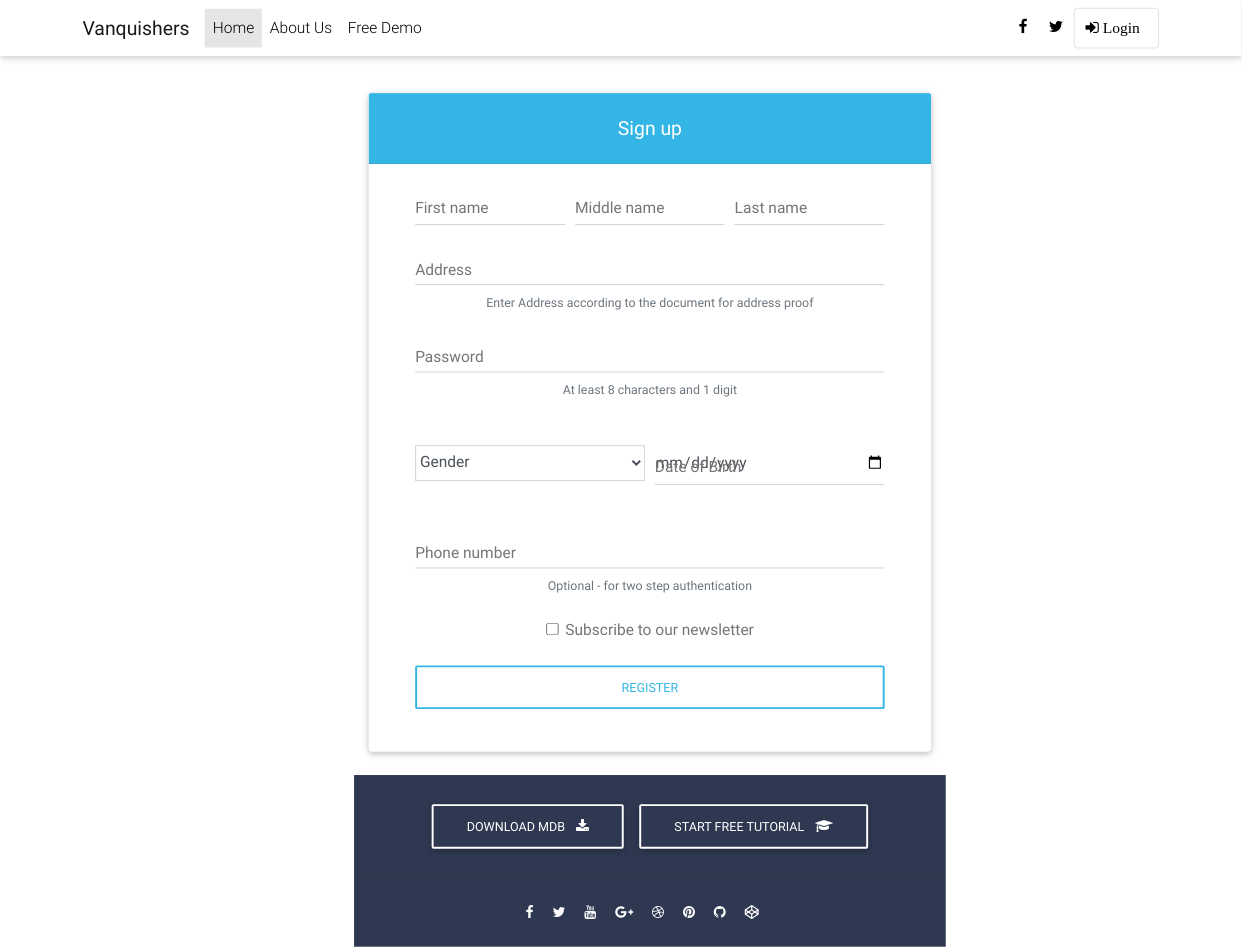
Repository: KJSCEhack/KJSCE_Vanquishers
Page: http://localhost/demo.php
An editor plug-in stored every save of this project. The page is shown before and after the next save, followed by the edit.
The browser window is 1280 px wide. The pictures show the whole page, at 97% of full size.
The page is run by PHP 8.4 with error messages shown; the project is at /var/www/html/.

Above is the page before, as saved 2018-10-06 09:56:32.
Console error: TypeError: $(...).material_select is not a function

### demo.php
<?php
$hostname="localhost";
$dbname="kjsce_hackathon";
$Username="root";
$Password="qweasdzxc";

$conn = mysqli_connect($hostname,$Username,$Password,$dbname);

if(!$conn)
{
    die("connection failed:" .mysqli_connect_error());

}
mysqli_close($conn);

?>
<!DOCTYPE html>
<html lang="en">

<head>
    <meta charset="utf-8">
    <meta name="viewport" content="width=device-width, initial-scale=1, shrink-to-fit=no">
    <meta http-equiv="x-ua-compatible" content="ie=edge">
    <title>Material Design Bootstrap</title>
    <!-- Font Awesome -->
    <link rel="stylesheet" href="https://maxcdn.bootstrapcdn.com/font-awesome/4.7.0/css/font-awesome.min.css">
    <!-- Bootstrap core CSS -->
    <link href="css/bootstrap.min.css" rel="stylesheet">
    <!-- Material Design Bootstrap -->
    <link href="css/mdb.min.css" rel="stylesheet">
    <!-- Your custom styles (optional) -->
    <link href="css/style.min.css" rel="stylesheet">
</head>

<body>

    <!--Main Navigation-->
    <header>

        <!-- Navbar -->
        <nav class="navbar fixed-top navbar-expand-lg navbar-light white scrolling-navbar">
            <div class="container">

                <!-- Brand -->
      <a class="navbar-brand" href="https://mdbootstrap.com/material-design-for-bootstrap/" target="_blank">
        <strong>Vanquishers</strong>
      </a>

      <!-- Collapse -->
      <button class="navbar-toggler" type="button" data-toggle="collapse" data-target="#navbarSupportedContent" aria-controls="navbarSupportedContent"
        aria-expanded="false" aria-label="Toggle navigation">
        <span class="navbar-toggler-icon"></span>
      </button>

      <!-- Links -->
      <div class="collapse navbar-collapse" id="navbarSupportedContent">

        <!-- Left -->
        <ul class="navbar-nav mr-auto">
          <li class="nav-item active">
            <a class="nav-link" href="#">Home
              <span class="sr-only">(current)</span>
            </a>
          </li>
          <li class="nav-item">
            <a class="nav-link" href="https://mdbootstrap.com/material-design-for-bootstrap/" target="_blank">About Us</a>
          </li>
          <li class="nav-item">
            <a class="nav-link" href="https://mdbootstrap.com/getting-started/" target="_blank">Free Demo</a>
          </li>
        </ul>

        <!-- Right -->
        <ul class="navbar-nav nav-flex-icons">
          <li class="nav-item">
            <a href="https://www.facebook.com/mdbootstrap" class="nav-link" target="_blank">
              <i class="fa fa-facebook"></i>
            </a>
          </li>
          <li class="nav-item">
            <a href="https://twitter.com/MDBootstrap" class="nav-link" target="_blank">
              <i class="fa fa-twitter"></i>
            </a>
          </li>
          <li class="nav-item">
            <a href="login_page.html" class="nav-link border border-light rounded"
              target="_blank">
              <i class="fa fa-sign-in mr-2">           Login</i>
            </a>
          </li>
        </ul>

      </div>

            </div>
        </nav>
        <!-- Navbar -->

    </header>
    <!--Main Navigation-->

    <!--Main layout-->

    <div class="col-md-6" style="float:left; margin-left:350px;">
    <main class="mt-5 pt-5">
        <div class="container">
            <!-- Material form register -->
            <div class="card">

            <h5 class="card-header info-color white-text text-center py-4">
                <strong>Sign up</strong>
            </h5>

            <!--Card content-->
            <div class="card-body px-lg-5 pt-0">

                <!-- Form -->
                <form class="text-center" style="color: #757575;">

                    <div class="form-row">
                        <div class="col">
                            <!-- First name -->
                            <div class="md-form">
                                <input type="text" id="materialRegisterFormFirstName" class="form-control">
                                <label for="materialRegisterFormFirstName">First name</label>
                            </div>
                        </div>
                        <div class="col">
                            <!-- Last name -->
                            <div class="md-form">
                                <input type="text" id="materialRegisterFormMiddleName" class="form-control">
                                <label for="materialRegisterFormMiddleName">Middle name</label>
                            </div>
                        </div>
                        <div class="col">
                            <!-- Last name -->
                            <div class="md-form">
                                <input type="text" id="materialRegisterFormLastName" class="form-control">
                                <label for="materialRegisterFormLastName">Last name</label>
                            </div>
                        </div>
                    </div>

                    <!-- Address -->
                    <div class="md-form mt-0">
                        <input type="text" id="materialRegisterFormAddress" class="form-control">
                        <label for="materialRegisterFormAddress">Address</label>
                        <small id="materialRegisterFormPasswordHelpBlock" class="form-text text-muted mb-4">
                            Enter Address according to the document for address proof
                        </small>
                    </div>

                    <!-- Password -->
                    <div class="md-form">
                        <input type="password" id="materialRegisterFormPassword" class="form-control" aria-describedby="materialRegisterFormPasswordHelpBlock">
                        <label for="materialRegisterFormPassword">Password</label>
                        <small id="materialRegisterFormPasswordHelpBlock" class="form-text text-muted mb-4">
                            At least 8 characters and 1 digit
                        </small>
                    </div>

                    <div class="form-row">
                        <div class="col">
                            <div class="md-form">
                                <select id="materialRegisterFormGender" class="form-control mdb-select md-form colorful-select dropdown-primary">
                                    <option value="" disabled selected>Gender</option>
                                    <option value="M">Male</option>
                                    <option value="F">Female</option>
                                    <option value="O">Other</option>
                                </select>
                            </div>
                        </div>
                        <div class="col">
                            <div class="md-form">
                                <input type="date" class="form-control" id="materialRegisterFormDOB">
                                <label for="materialRegisterFormDOB">Date of Birth</label>
                            </div>
                        </div>
                    </div>

                    <!-- Phone number -->
                    <div class="md-form">
                        <input type="password" id="materialRegisterFormPhone" class="form-control" aria-describedby="materialRegisterFormPhoneHelpBlock">
                        <label for="materialRegisterFormPhone">Phone number</label>
                        <small id="materialRegisterFormPhoneHelpBlock" class="form-text text-muted mb-4">
                            Optional - for two step authentication
                        </small>
                    </div>

                    <!-- Newsletter -->
                    <div class="form-check">
                        <input type="checkbox" class="form-check-input" id="materialRegisterFormNewsletter">
                        <label class="form-check-label" for="materialRegisterFormNewsletter">Subscribe to our newsletter</label>
                    </div>

                    <!-- Sign up button -->
                    <button class="btn btn-outline-info btn-rounded btn-block my-4 waves-effect z-depth-0" type="submit">Register</button>

                </form>
                <!-- Form -->

            </div>

            </div>
            <!-- Material form register -->
        </div>
    </main>
    <!--Footer-->
    <footer class="page-footer text-center font-small mdb-color darken-2 mt-4 wow fadeIn">

        <!--Call to action-->
        <div class="pt-4">
            <a class="btn btn-outline-white" href="https://mdbootstrap.com/getting-started/" target="_blank" role="button">Download MDB
                <i class="fa fa-download ml-2"></i>
            </a>
            <a class="btn btn-outline-white" href="https://mdbootstrap.com/bootstrap-tutorial/" target="_blank" role="button">Start free tutorial
                <i class="fa fa-graduation-cap ml-2"></i>
            </a>
        </div>
        <!--/.Call to action-->

        <hr class="my-4">

        <!-- Social icons -->
        <div class="pb-4">
            <a href="https://www.facebook.com/mdbootstrap" target="_blank">
                <i class="fa fa-facebook mr-3"></i>
            </a>

            <a href="https://twitter.com/MDBootstrap" target="_blank">
                <i class="fa fa-twitter mr-3"></i>
            </a>

            <a href="https://www.youtube.com/watch?v=7MUISDJ5ZZ4" target="_blank">
                <i class="fa fa-youtube mr-3"></i>
            </a>

            <a href="https://plus.google.com/u/0/b/107863090883699620484" target="_blank">
                <i class="fa fa-google-plus mr-3"></i>
            </a>

            <a href="https://dribbble.com/mdbootstrap" target="_blank">
                <i class="fa fa-dribbble mr-3"></i>
            </a>

            <a href="https://pinterest.com/mdbootstrap" target="_blank">
                <i class="fa fa-pinterest mr-3"></i>
            </a>

            <a href="https://github.com/mdbootstrap/bootstrap-material-design" target="_blank">
                <i class="fa fa-github mr-3"></i>
            </a>

            <a href="http://codepen.io/mdbootstrap/" target="_blank">
                <i class="fa fa-codepen mr-3"></i>
            </a>
        </div>
        <!-- Social icons -->
</div>

        <!--Copyright-->
        <div class="footer-copyright py-3">
            © 2018 Copyright:
            <a href="https://mdbootstrap.com/bootstrap-tutorial/" target="_blank"> MDBootstrap.com </a>
        </div>
        <!--/.Copyright-->

    </footer>
    <!--/.Footer-->

    <!-- SCRIPTS -->
    <!-- JQuery -->
    <script type="text/javascript" src="js/jquery-3.3.1.min.js"></script>
    <!-- Bootstrap tooltips -->
    <script type="text/javascript" src="js/popper.min.js"></script>
    <!-- Bootstrap core JavaScript -->
    <script type="text/javascript" src="js/bootstrap.min.js"></script>
    <!-- MDB core JavaScript -->
    <script type="text/javascript" src="js/mdb.min.js"></script>
    <!-- Initializations -->
    <script type="text/javascript">
        // Animations initialization
        new WOW().init();
        // Material Select Initialization
        $(document).ready(function() {
            $('.mdb-select').material_select();
        });
    </script>
</body>

</html>

Loaded but not shown: css/bootstrap.min.css (library); css/mdb.min.css (library); css/style.min.css (common file); js/jquery-3.3.1.min.js (library); js/popper.min.js (library); js/bootstrap.min.js (library); js/mdb.min.js (library)

After the next save:
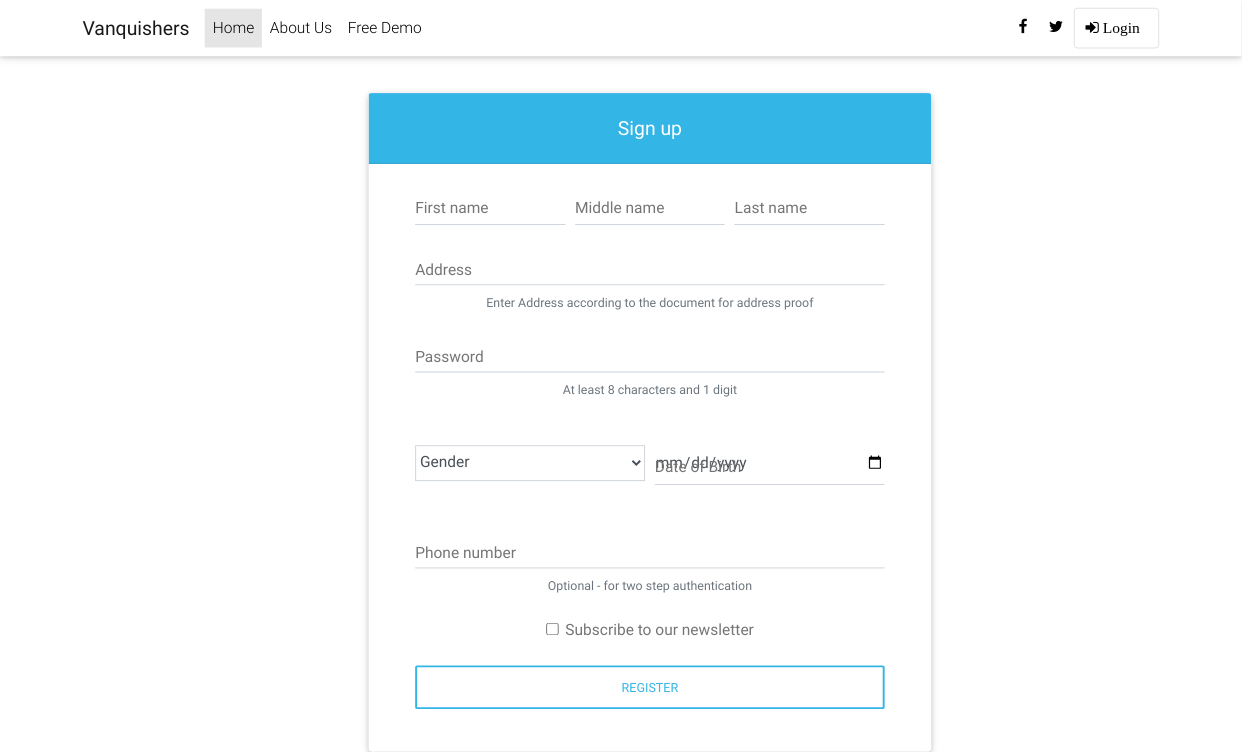
Saved 22 s later.
--- a/demo.php
+++ b/demo.php
@@ -205,68 +205,6 @@
             <!-- Material form register -->
         </div>
     </main>
-    <!--Footer-->
-    <footer class="page-footer text-center font-small mdb-color darken-2 mt-4 wow fadeIn">
-
-        <!--Call to action-->
-        <div class="pt-4">
-            <a class="btn btn-outline-white" href="https://mdbootstrap.com/getting-started/" target="_blank" role="button">Download MDB
-                <i class="fa fa-download ml-2"></i>
-            </a>
-            <a class="btn btn-outline-white" href="https://mdbootstrap.com/bootstrap-tutorial/" target="_blank" role="button">Start free tutorial
-                <i class="fa fa-graduation-cap ml-2"></i>
-            </a>
-        </div>
-        <!--/.Call to action-->
-
-        <hr class="my-4">
-
-        <!-- Social icons -->
-        <div class="pb-4">
-            <a href="https://www.facebook.com/mdbootstrap" target="_blank">
-                <i class="fa fa-facebook mr-3"></i>
-            </a>
-
-            <a href="https://twitter.com/MDBootstrap" target="_blank">
-                <i class="fa fa-twitter mr-3"></i>
-            </a>
-
-            <a href="https://www.youtube.com/watch?v=7MUISDJ5ZZ4" target="_blank">
-                <i class="fa fa-youtube mr-3"></i>
-            </a>
-
-            <a href="https://plus.google.com/u/0/b/107863090883699620484" target="_blank">
-                <i class="fa fa-google-plus mr-3"></i>
-            </a>
-
-            <a href="https://dribbble.com/mdbootstrap" target="_blank">
-                <i class="fa fa-dribbble mr-3"></i>
-            </a>
-
-            <a href="https://pinterest.com/mdbootstrap" target="_blank">
-                <i class="fa fa-pinterest mr-3"></i>
-            </a>
-
-            <a href="https://github.com/mdbootstrap/bootstrap-material-design" target="_blank">
-                <i class="fa fa-github mr-3"></i>
-            </a>
-
-            <a href="http://codepen.io/mdbootstrap/" target="_blank">
-                <i class="fa fa-codepen mr-3"></i>
-            </a>
-        </div>
-        <!-- Social icons -->
-</div>
-
-        <!--Copyright-->
-        <div class="footer-copyright py-3">
-            © 2018 Copyright:
-            <a href="https://mdbootstrap.com/bootstrap-tutorial/" target="_blank"> MDBootstrap.com </a>
-        </div>
-        <!--/.Copyright-->
-
-    </footer>
-    <!--/.Footer-->
 
     <!-- SCRIPTS -->
     <!-- JQuery -->

After the save that followed:
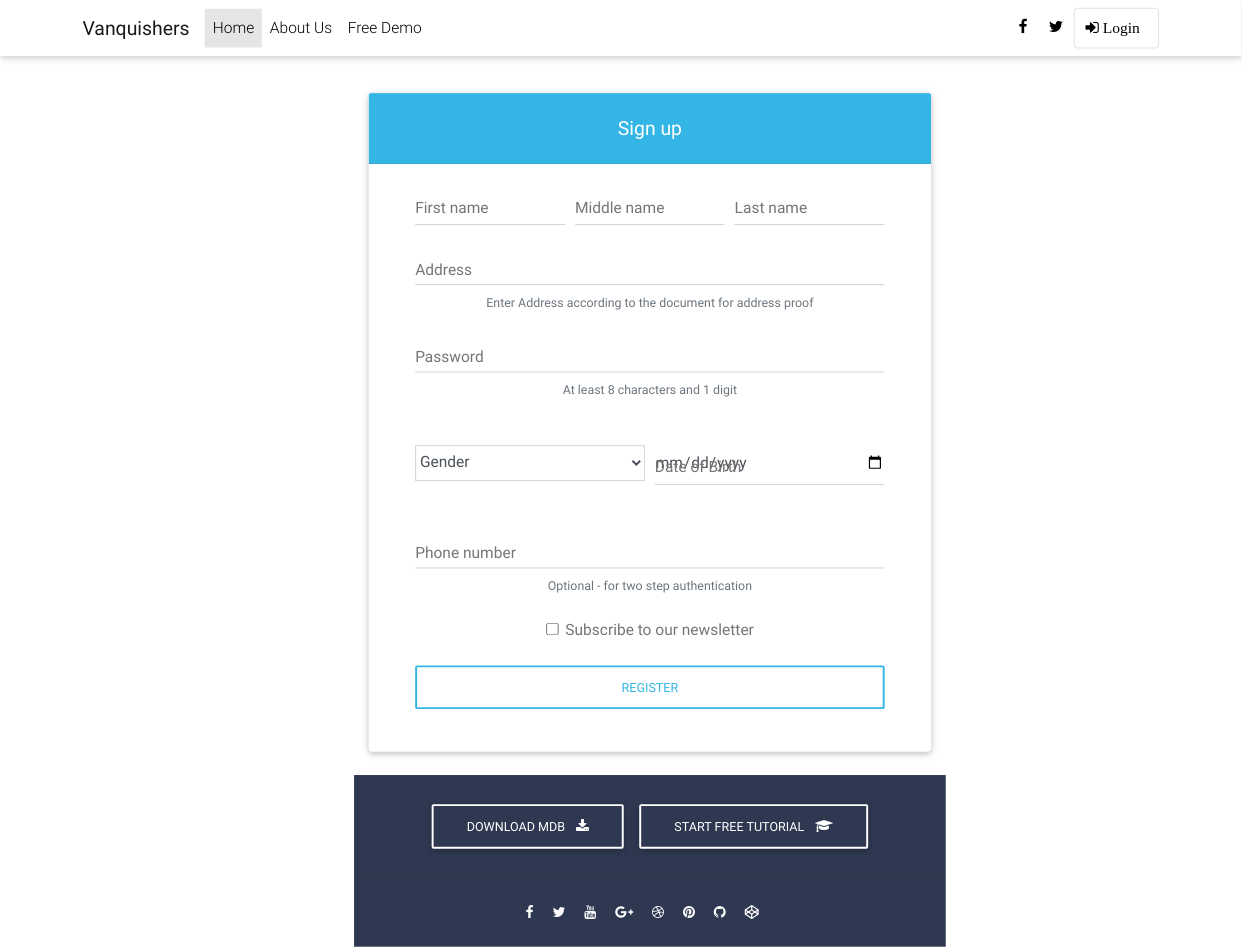
Saved 6 s later.
--- a/demo.php
+++ b/demo.php
@@ -224,6 +224,72 @@
             $('.mdb-select').material_select();
         });
     </script>
+
+
+
+    <!--Footer-->
+    <footer class="page-footer text-center font-small mdb-color darken-2 mt-4 wow fadeIn">
+
+        <!--Call to action-->
+        <div class="pt-4">
+            <a class="btn btn-outline-white" href="https://mdbootstrap.com/getting-started/" target="_blank" role="button">Download MDB
+                <i class="fa fa-download ml-2"></i>
+            </a>
+            <a class="btn btn-outline-white" href="https://mdbootstrap.com/bootstrap-tutorial/" target="_blank" role="button">Start free tutorial
+                <i class="fa fa-graduation-cap ml-2"></i>
+            </a>
+        </div>
+        <!--/.Call to action-->
+
+        <hr class="my-4">
+
+        <!-- Social icons -->
+        <div class="pb-4">
+            <a href="https://www.facebook.com/mdbootstrap" target="_blank">
+                <i class="fa fa-facebook mr-3"></i>
+            </a>
+
+            <a href="https://twitter.com/MDBootstrap" target="_blank">
+                <i class="fa fa-twitter mr-3"></i>
+            </a>
+
+            <a href="https://www.youtube.com/watch?v=7MUISDJ5ZZ4" target="_blank">
+                <i class="fa fa-youtube mr-3"></i>
+            </a>
+
+            <a href="https://plus.google.com/u/0/b/107863090883699620484" target="_blank">
+                <i class="fa fa-google-plus mr-3"></i>
+            </a>
+
+            <a href="https://dribbble.com/mdbootstrap" target="_blank">
+                <i class="fa fa-dribbble mr-3"></i>
+            </a>
+
+            <a href="https://pinterest.com/mdbootstrap" target="_blank">
+                <i class="fa fa-pinterest mr-3"></i>
+            </a>
+
+            <a href="https://github.com/mdbootstrap/bootstrap-material-design" target="_blank">
+                <i class="fa fa-github mr-3"></i>
+            </a>
+
+            <a href="http://codepen.io/mdbootstrap/" target="_blank">
+                <i class="fa fa-codepen mr-3"></i>
+            </a>
+        </div>
+        <!-- Social icons -->
+</div>
+
+        <!--Copyright-->
+        <div class="footer-copyright py-3">
+            © 2018 Copyright:
+            <a href="https://mdbootstrap.com/bootstrap-tutorial/" target="_blank"> MDBootstrap.com </a>
+        </div>
+        <!--/.Copyright-->
+
+    </footer>
+    <!--/.Footer-->
+
 </body>
 
 </html>
